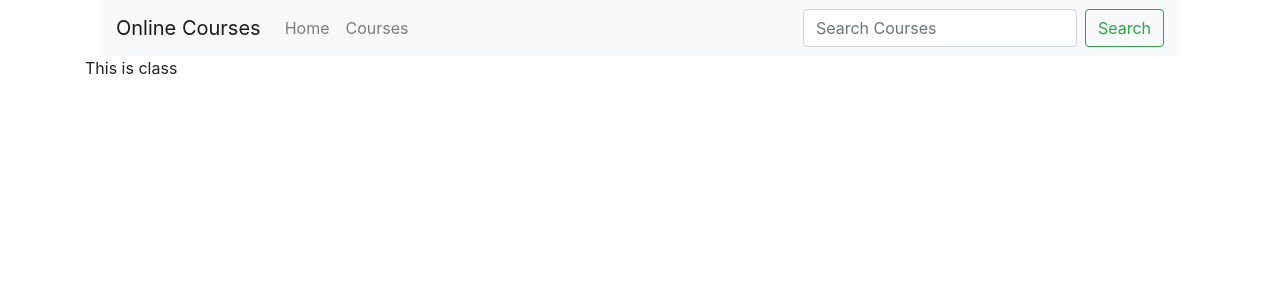
Repository: ranamahmud/online-class-react
Page: /
An editor plug-in stored every save of this project. The page is shown before and after the next save, followed by the edit.
The browser window is 1280 px wide. The pictures show the whole page.
The project was rebuilt for these pictures with package versions that can differ from the ones it lists, and the page was loaded fresh each time. Also part of the build but not shown: src/App.css.

Above is the page before, as saved 2020-08-27 20:44:09.

### src/App.js
import React from 'react';
import './App.css';
import 'bootstrap/dist/css/bootstrap.min.css';
import { Navbar, Nav, Form, FormControl, Button, Container, Row, Col } from 'react-bootstrap';
import Header from '../src/Component/Header/Header'
import Class from '../src/Component/Class/Class'
function App() {
  return (
    <Container>
      <Header></Header>
      <Class></Class>
    </Container>
  );
}

export default App;

### src/Component/Header/Header.js
import React from 'react';
import { Navbar, Nav, Form, FormControl, Button, Container} from 'react-bootstrap';

const Header = () => {
    return (
        <Container>
        <Navbar bg="light" expand="lg">
          <Navbar.Brand href="#home">Online Courses</Navbar.Brand>
          <Navbar.Toggle aria-controls="basic-navbar-nav" />
          <Navbar.Collapse id="basic-navbar-nav">
            <Nav className="mr-auto">
              <Nav.Link href="#home">Home</Nav.Link>
              <Nav.Link href="#link">Courses</Nav.Link>
            </Nav>
            <Form inline>
              <FormControl type="text" placeholder="Search Courses" className="mr-sm-2" />
              <Button variant="outline-success">Search</Button>
            </Form>
          </Navbar.Collapse>
        </Navbar>
      </Container>
    );
};

export default Header;

### src/Component/Class/Class.js
import React from 'react';

const Class = () => {
  return (
    <div>
      This is class
    </div>
  );
};

export default Class;

Loaded but not shown: public/index.html (common file); src/index.js (common file); src/index.css (common file); src/serviceWorker.js (common file)

After the next save:
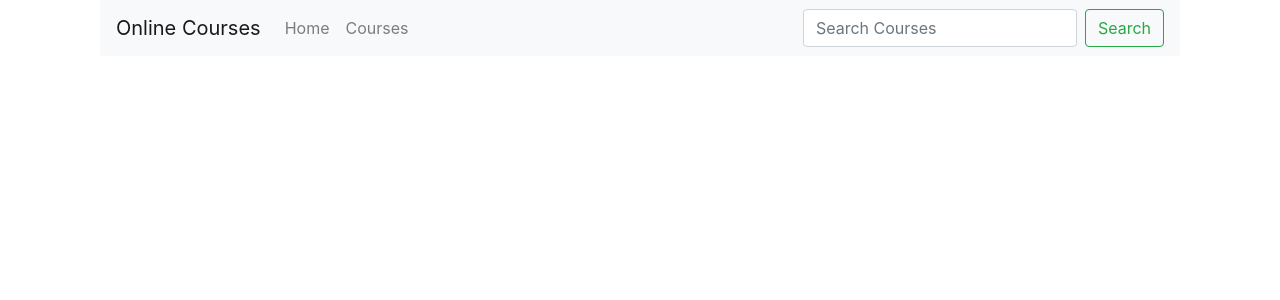
Saved 16 s later.
--- a/src/Component/Class/Class.js
+++ b/src/Component/Class/Class.js
@@ -3,7 +3,7 @@ import React from 'react';
 const Class = () => {
   return (
     <div>
-      This is class
+
     </div>
   );
 };
